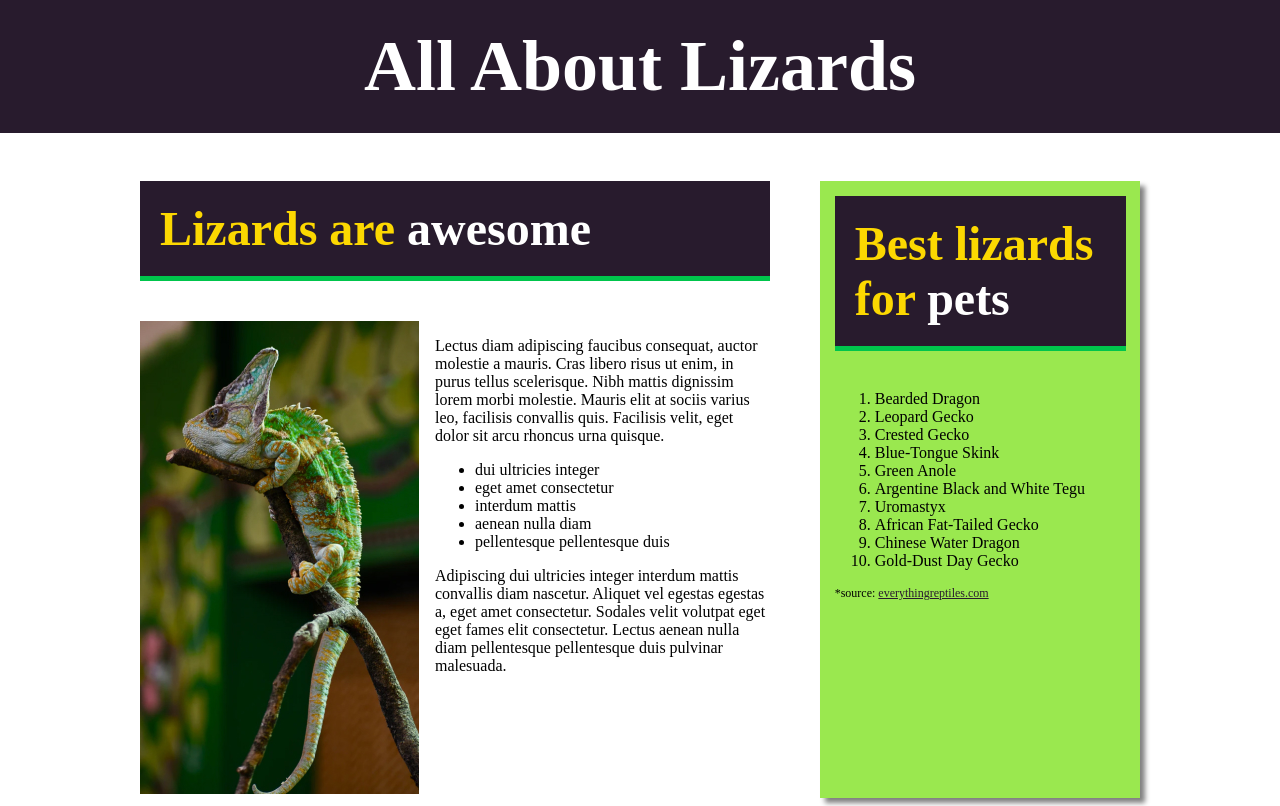
Repository: Doumham-Armah/lizards-landing--page
Page: index.html
An editor plug-in stored every save of this project. The page is shown before and after the next save, followed by the edit.
The browser window is 1280 px wide. The pictures show the whole page.

Above is the page before, as saved 2021-08-10 16:20:45.

After the next save:
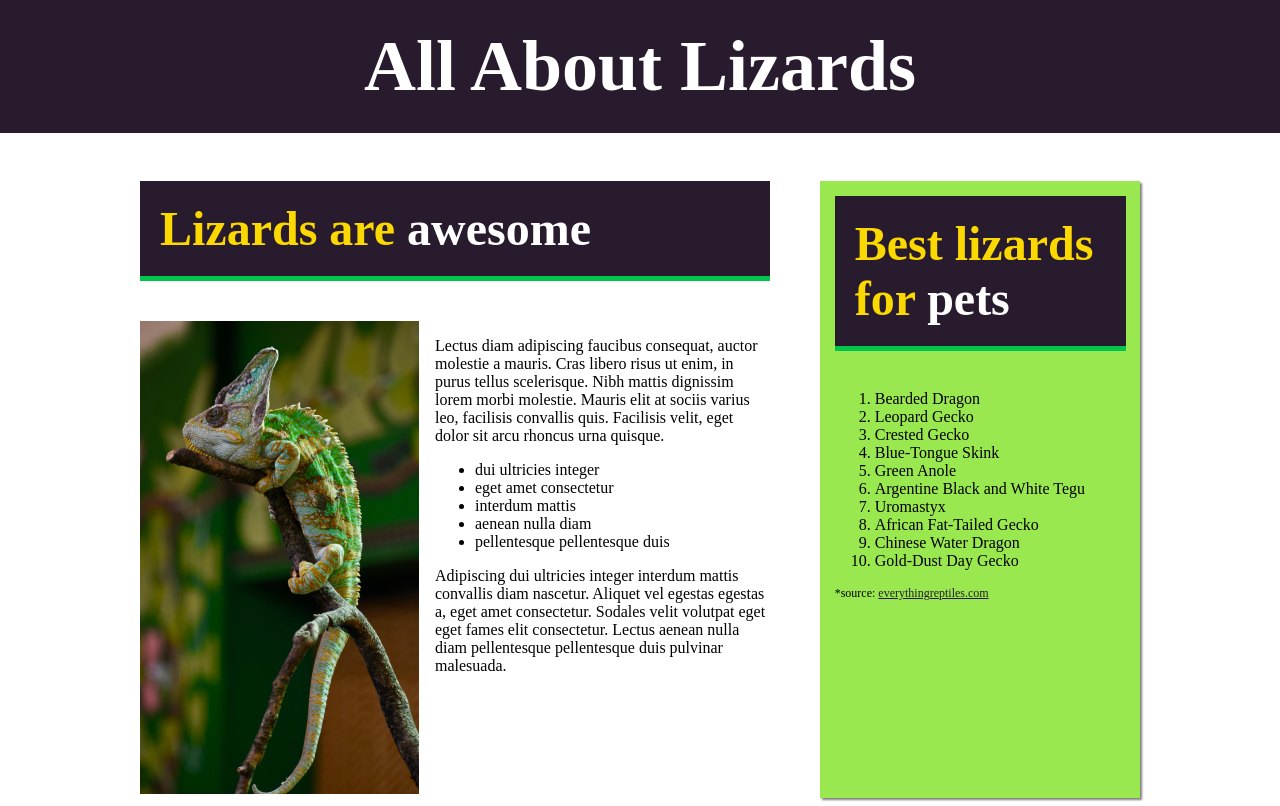
Saved 18 s later.
--- a/css/style.css
+++ b/css/style.css
@@ -61,7 +61,7 @@ a:hover {
 .sidebar {
   background-color: #9ae84f;
   padding: 0.9rem;
-  box-shadow: 5px 5px 5px gray;
+  box-shadow: 2px 2px 2px gray;
 }
 .source {
   font-size: 12px;
